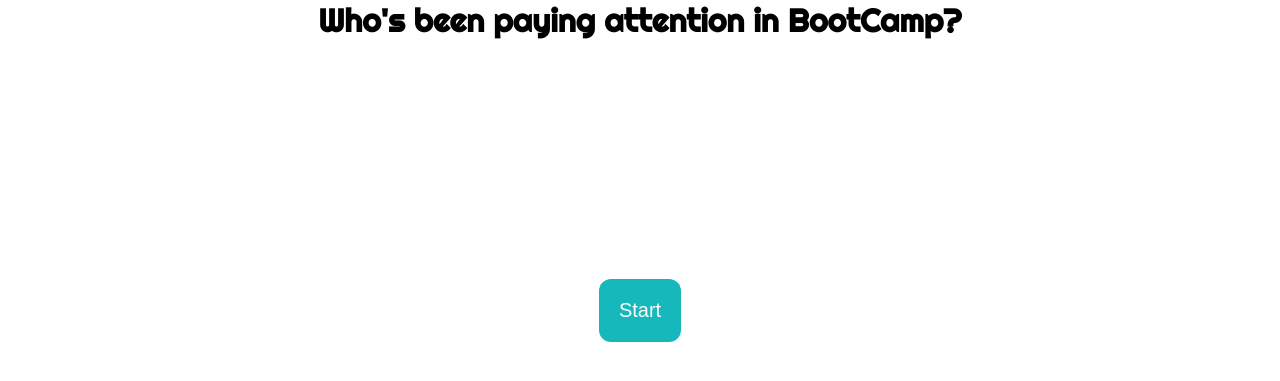
Repository: kkyler24/Quizlet
Page: Quiz.html
The author's editor kept a copy of each file at every save. The page is drawn from the files as they stood at one save, then again after the next save.
The browser window is 1280 px wide. The pictures show the whole page.
Some web libraries are served in a nearby version.

Above is the page before, as saved 2020-03-16 00:58:57.

### Quiz.html
<!DOCTYPE html>

<html lang="en">

<head>
    <meta charset="UTF-8">
    <meta name="viewport" content="width=device-width, initial-scale=1.0">

    <!-- font family -->
    <link href="https://fonts.googleapis.com/css2?family=Righteous&display=swap" rel="stylesheet">

    <!-- Popper -->
    <script src="https://cdnjs.cloudflare.com/ajax/libs/popper.js/1.12.9/umd/popper.min.js"
        integrity="sha384-ApNbgh9B+Y1QKtv3Rn7W3mgPxhU9K/ScQsAP7hUibX39j7fakFPskvXusvfa0b4Q"
        crossorigin="anonymous"></script>
    <!-- Myfiles -->
    <link rel="stylesheet" type="text/css" href="DevOpsFiles/Style.css">
    <title>Quiz it</title>
</head>

<header>Who's been paying attention in BootCamp?</header>

<!-- Quiz Design -->

<body>

    <div class="time"></div>
    <Div class="flex-container">
        <div>
            <input type="button" id="startButton" value="Start"/>
        </div>
        <div id="questionBoxOne" class="row" style="display: none;">
            <div class="col-md-6 col-sm-3 questionDiv">
                "What is BootStrap?"
                <div class="col-8 col-sm-6 answerA">
                    <button type="button" class="button">"A piece of material that helps hold up your
                        boot"
                    </button>
                </div>
                <div class="col-8 col-sm-6 answerA correct">
                    <button type="button" class="button">"An open source Css
                        framework"</button>
                </div>
                <div class="col-8 col-sm-6 answerA">
                    <button type="button" class="button">"An open source Js framework"</button>
                </div>
            </div>
        </div>

        <div id="questionBoxTwo" class="row" style="display: none;">
            <div class="col-md-6 col-sm-3 questionDiv">
                "Javascript is to muscles as HTML is to...?"
            </div>
                <div class="col-8 col-sm-6 answerB correct">
                    <button type="button" class="button"> IceCream"</button>
                </div>
                <div class="col-8 col-sm-6 answerB">
                    <button type="button" class="button">"Skin"</button>
                </div>
                <div class="col-8 col-sm-6 answerB">
                    <button type="button" class="button">"Skeleton"</button>
                </div>
            </div>


        <div id="questionBoxThree" class="row" style="display: none;">
            <div class="col-md-6 col-sm-3 questionDiv">
                "What does HTML stand for?"
                <div class="row">

                    <div class="col-8 col-sm-6 answerC">
                        <button type="button" class="button">"Home Tools Mark-up language" </button>

                        <div class="col-8 col-sm-6 answerC">
                            <button type="button" class="button"> "Hyper-text Mark down language "</button>

                            <div class="col-8 col-sm-6 answerC">
                                <button type="button" class="button">"Hyper-text Mark up language
                                    "</button>
                            </div>
                        </div>
                    </div>
                </div>
            </div>
        </div>

        <div id="questionBoxFour" class="row" style="display: none;">
            <div class="col-md-6 col-sm-3 questionDiv">
                "What is BootStrap?"
                <div class="row">

                    <div class="col-8 col-sm-6 answerD">
                        <button type="button" class="button">"A piece of material that helps hold
                            up your boot" </button>

                        <div class="col-8 col-sm-6 answerD">
                            <button type="button" class="button">"An open source Css
                                framework"</button>

                            <div class="col-8 col-sm-6 answerD">
                                <button id="D" type="button" class="button">"An open source Js
                                    framework"</button>
                            </div>
                        </div>
                    </div>
                </div>
            </div>
        </div>
    </Div>

    <script src="https://code.jquery.com/jquery-3.4.1.js"></script>
    <script src="DevOpsFiles/Java.js"></script>
</body>

</html>

### DevOpsFiles/Style.css
body{
    margin: auto;
    text-align: center;
    background-image: image();
  }

.flex-container {
    display: flex;
    height: 500px;
    justify-content: center;
    align-items: center;
    flex-direction: column;
  }

header{
font-family: "Righteous", cursive;
font-size: xx-large;
font-weight: bolder;

  }

#secLeft {
  position: absolute;
  top: 0.1%;
  display: block;
}

#questionBoxOne {
  position: absolute;

}

#questionBoxTwo {
  position: absolute;

}

#questionBoxThree {
  position: absolute;

}

#questionBoxFour {
  position: absolute;

}
.questionDiv{
  font-size: 25px;
  font-weight: bold;

}

.button{
background-color: rgb(22, 184, 187);
padding: 20px;
border-radius: 12px;
border: none;
color: white;
font-family:Arial, Helvetica, sans-serif;
font-size: 20PX;
}

.time{
  float: right;
  height: 100px;
  text-align: center;
}

#startButton{
  text-align: center;
  margin-top: 50%;
  background-color: rgb(22, 184, 187);
padding: 20px;
border-radius: 12px;
border: none;
color: white;
font-family:Arial, Helvetica, sans-serif;
font-size: 20PX;
}

### DevOpsFiles/Java.js

// record start time
var startTime;
function display() {
    // later record end time
    var endTime = new Date();

    // time difference in ms
    var timeDiff = endTime - startTime;

    // strip the miliseconds
    timeDiff /= 1000;

    // get seconds
    var seconds = Math.floor(timeDiff % 60);

    // remove seconds from the date
    timeDiff = Math.floor(timeDiff / 60);

    // get minutes
    var minutes = Math.round(timeDiff % 60);

    // remove minutes from the date
    timeDiff = Math.floor(timeDiff / 60);

    // get hours
    var hours = Math.round(timeDiff % 24);

    // remove hours from the date
    timeDiff = Math.floor(timeDiff / 24);

    // the rest of timeDiff is number of days
    var days = timeDiff;

    $(".time").text(hours + ":" + minutes + ":" + seconds);
    setTimeout(display, 1000);
}

$("#startButton").click(function () {
    startTime = new Date();
    setTimeout(display, 1000);
});


//   function stopTimer() {
//     secondsElapsed = 0;
//     formatTime();
//   }
//   function startTimer() {
//     if (totalSeconds > 0) {
//       secondsElapsed = 0;
//       timer = setInterval(function () {
//         secondsElapsed++;
//         formatTime();
//       }, 1000);
//     }
//     formatTime();
//   }
// };

// ---Score Code---
var totalScore = [];

function getSum(total, num) {
  return total + Math(num);
}
function myFunction(item) {
  document.getElementById("stats").innerHTML = totalScore.reduce(getSum, 0);
}



// Questions Object
var Quests = [
  {
    Q1: {
      Question: "What is BootStrap?",
      answers: ["A piece of material that helps hold up your boot", "An open source Css framework", "An open source JS framework"],
      answersCorrect: [1]

    },

    Q2: {
      Question: "HTML is to Skeleton as Javascript is to...?",
      answers: ["Muscles", "Skin", "Coffee"],
      answersCorrect: [0]
    },

    Q3: {
      Question: "What does HTML stand for?",
      answers: ["A piece of material that helps hold up your boot", "An open source Css framework", "An open source JS framework"],
      answersCorrect: [3]
    },

    Q4: {
      Question: "What is BootStrap?",
      answers: ["A piece of material that helps hold up your boot", "An open source Css framework", "An open source JS framework"],
      answersCorrect: [2]
    }
  }];


// -->Get faded code<--
$(".button").on("click", function () {
  $(".startButton").fadeout(2000, function () {
    $(this).remove();
  })
});

$(".startButton").on("click", function () {
  $("#questionBoxOne").fadeIn(3600, function () {
  })
});

$(".answerA").on("click", function () {
  $("#questionBoxOne").fadeOut(2500, function () {
    $(this).remove();
  })
});

$(".answerA").on("click", function () {
  $("#questionBoxTwo").fadeIn(3600, function () {
  })
});

$('.answerB').on('click', function () {
  $("#questionBoxTwo").fadeOut(2500, function () {
    $(this).remove();
  })
});

$(".answerB").on("click", function () {
  $("#questionBoxThree").fadeIn(3600, function () {

  })
});

$('.answerC').on('click', function () {
  $("#questionBoxThree").fadeOut(2500, function () {
    $(this).remove();
  })
});

$(".answerC").on("click", function () {
  $("#questionBoxFour").fadeIn(3500, function () {
  })
});

$('.answerD').on('click', function () {
  $("#questionBoxFour").fadeOut(2500, function () {
    $(this).remove();
  })
});

$(".answerD").on("click", function () {
    $("#stats").slideDown(3500, function () {
    })
  });

//
// var aBBox = document.getElementsByClassName("col-8 col-sm-6 answerB");
// aBBox.


// done.addEventListener("event", function(){
// $(".answerb").on("event", function(){
//   $("#questionBoxTwo").fadeOut(2000,function(){
//     $(this).remove();
// })});



//
// $("#questionBoxTwo").fadeIn(1000,function())

// fade in after (this).remove has been completed
// var buttonCheck = document.getElementsByClassName("button");
// var totalScore = "";

// button listener



// Check the buttons for correct class
// // for ( var i = 0; i > flex-container.lenght; i++) {
// //   $("button").on("click", function(){
// //     if (buttonCheck.click === button.correct){
// //         totalScore = totalScore + 25;
// //     }
// //     else {secondsElapsed + 1500};
//   }
// )}

After the next save:
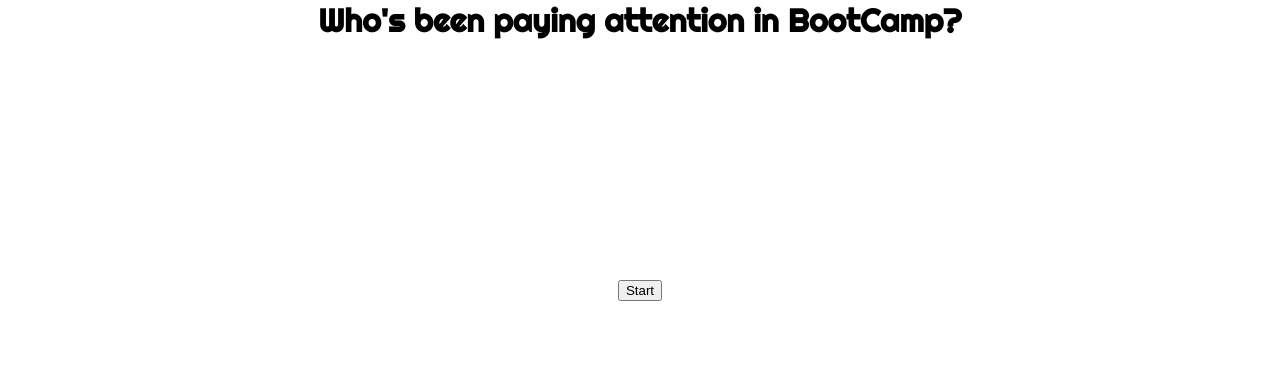
Saved 5 s later.
--- a/Quiz.html
+++ b/Quiz.html
@@ -27,7 +27,7 @@
     <div class="time"></div>
     <Div class="flex-container">
         <div>
-            <input type="button" id="startButton" value="Start"/>
+            <input type="button" class="startButton" value="Start"/>
         </div>
         <div id="questionBoxOne" class="row" style="display: none;">
             <div class="col-md-6 col-sm-3 questionDiv">

After the save that followed:
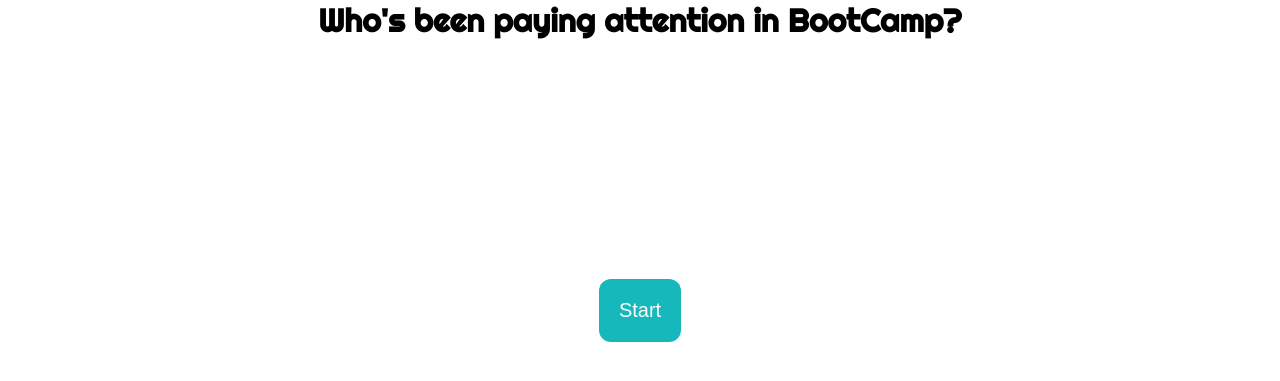
Saved 19 s later.
--- a/DevOpsFiles/Style.css
+++ b/DevOpsFiles/Style.css
@@ -66,7 +66,7 @@ font-size: 20PX;
   text-align: center;
 }
 
-#startButton{
+.startButton{
   text-align: center;
   margin-top: 50%;
   background-color: rgb(22, 184, 187);
